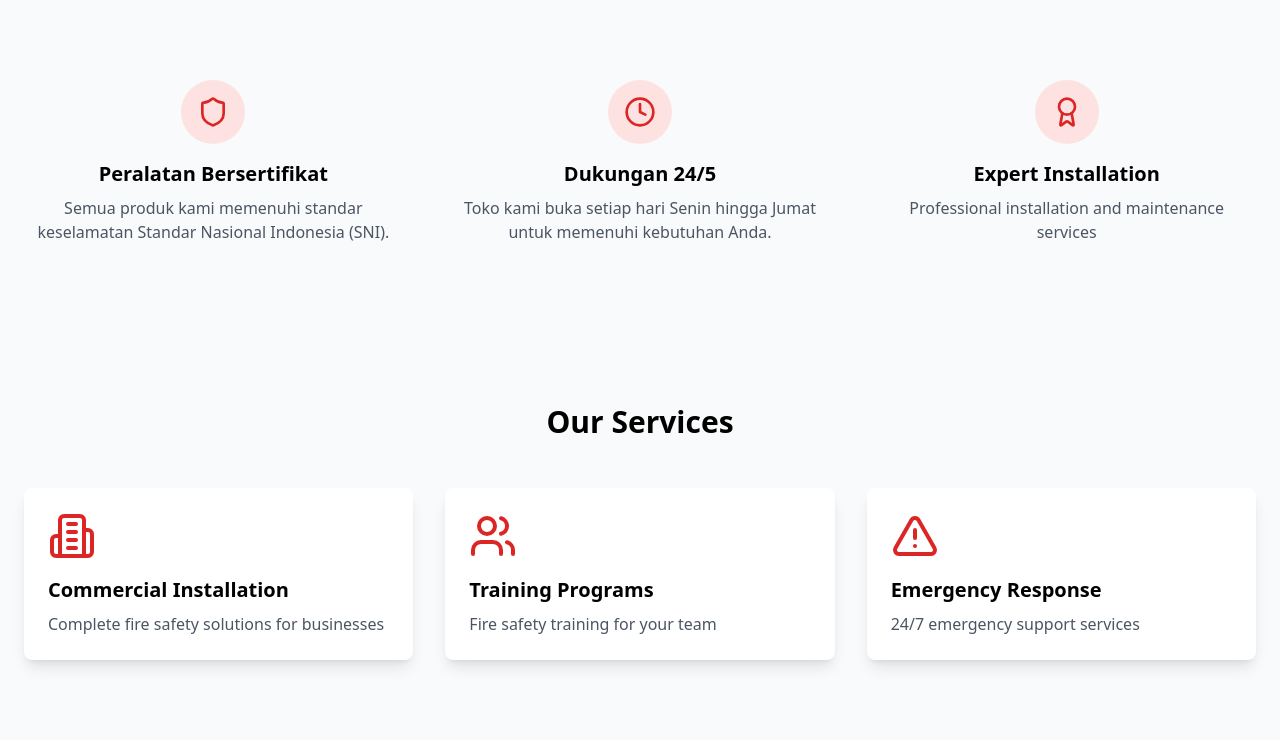
Repository: matrixmas/matrixmas.github.io
Page: /
The author's editor kept a copy of each file at every save. The page is drawn from the files as they stood at one save, then again after a run of saves.
The browser window is 1280 px wide. The pictures show the part of the page from y = 600 to 1436 px (the page is 1340 px tall before and 1436 px after).
The project was rebuilt for these pictures with package versions that can differ from the ones it lists, and the page was loaded fresh each time. Also part of the build but not shown: vite.config.ts, src/components/Header.tsx, src/pages/Products.tsx, src/pages/ProductDetail.tsx, src/pages/About.tsx, src/pages/Contact.tsx.

Above is the page before, as saved 2025-02-04 13:27:51.

After the next 2 saves:
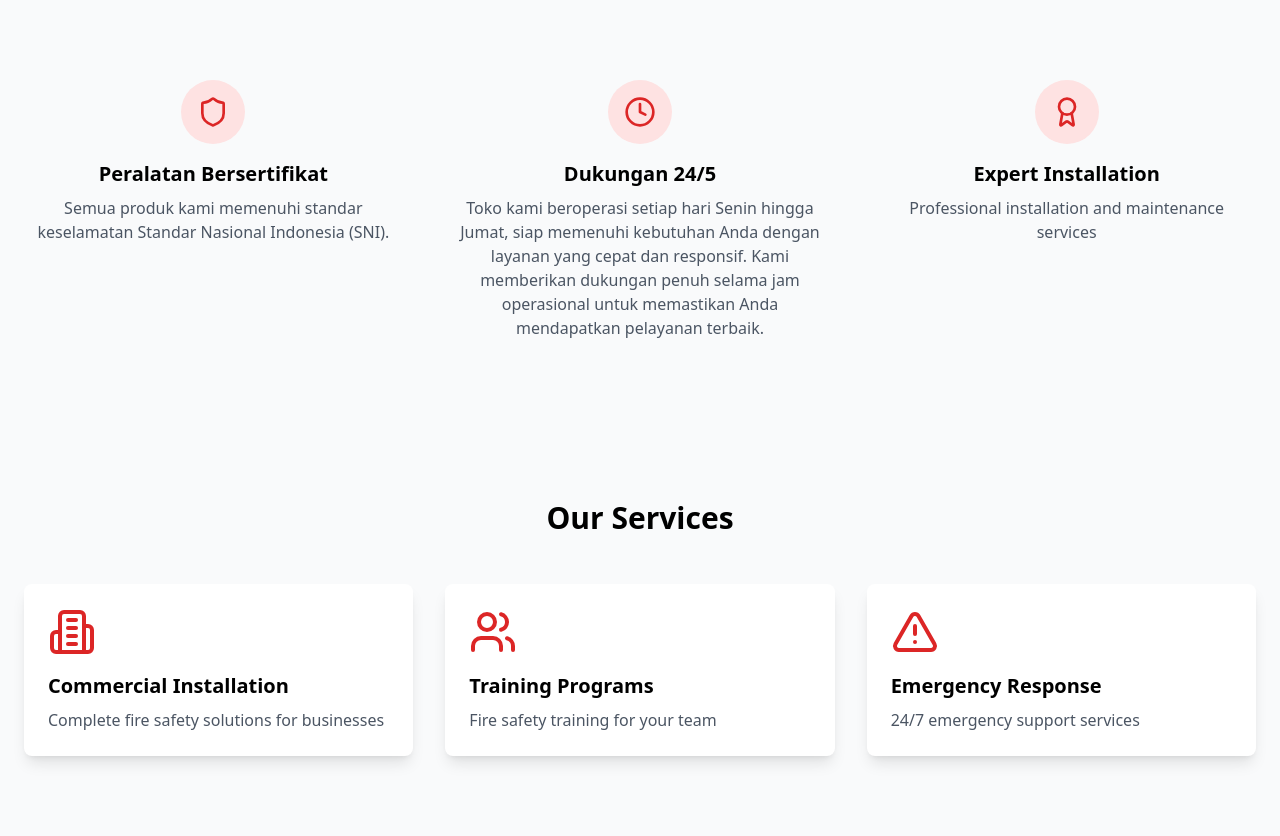
The 2 saves are shown as one change because they came seconds apart.
The last was saved 39 s later.
--- a/src/pages/Home.tsx
+++ b/src/pages/Home.tsx
@@ -47,7 +47,7 @@ export default function Home() {
                 <Clock className="h-8 w-8 text-red-600" />
               </div>
               <h3 className="text-xl font-semibold mb-2">Dukungan 24/5</h3>
-              <p className="text-gray-600">Toko kami buka setiap hari Senin hingga Jumat untuk memenuhi kebutuhan Anda.</p>
+              <p className="text-gray-600">Toko kami beroperasi setiap hari Senin hingga Jumat, siap memenuhi kebutuhan Anda dengan layanan yang cepat dan responsif. Kami memberikan dukungan penuh selama jam operasional untuk memastikan Anda mendapatkan pelayanan terbaik.</p>
             </div>
             <div className="flex flex-col items-center text-center">
               <div className="bg-red-100 p-4 rounded-full mb-4">
